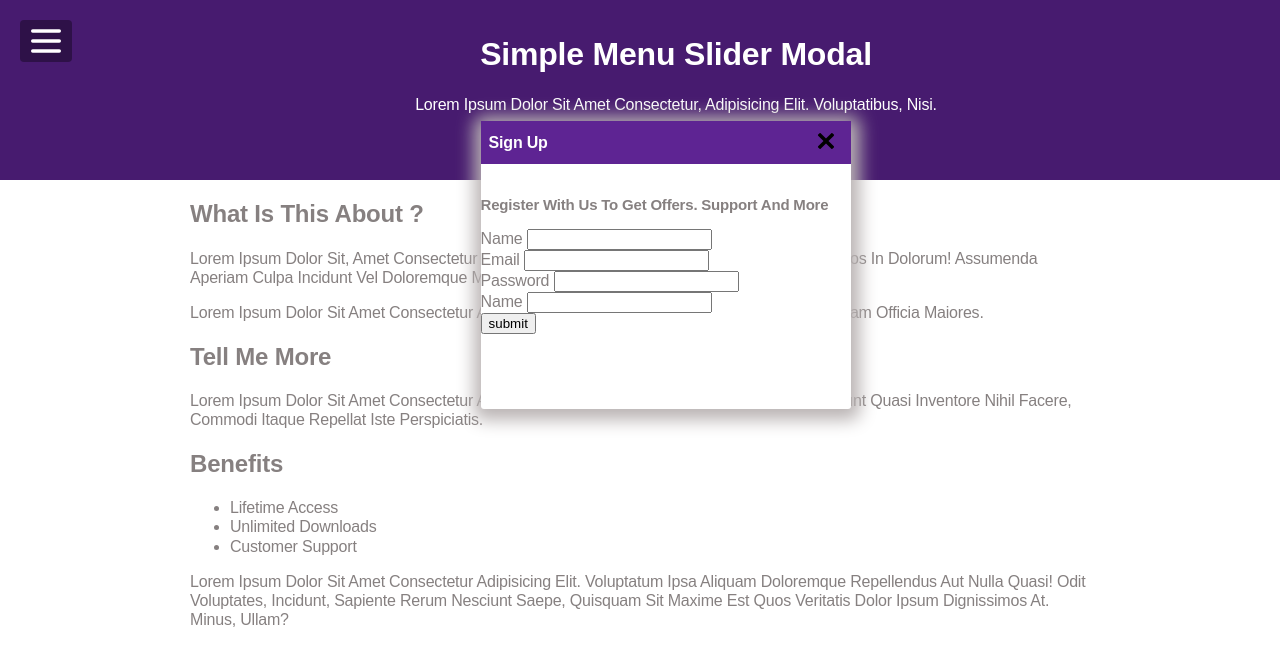
Repository: lilo750/Menu-Slider-modal
Page: index.html
An editor plug-in stored every save of this project. The page is shown before and after the next save, followed by the edit.
The browser window is 1280 px wide. The pictures show the whole page.

Above is the page before, as saved 2024-01-15 07:46:21.

After the next save:
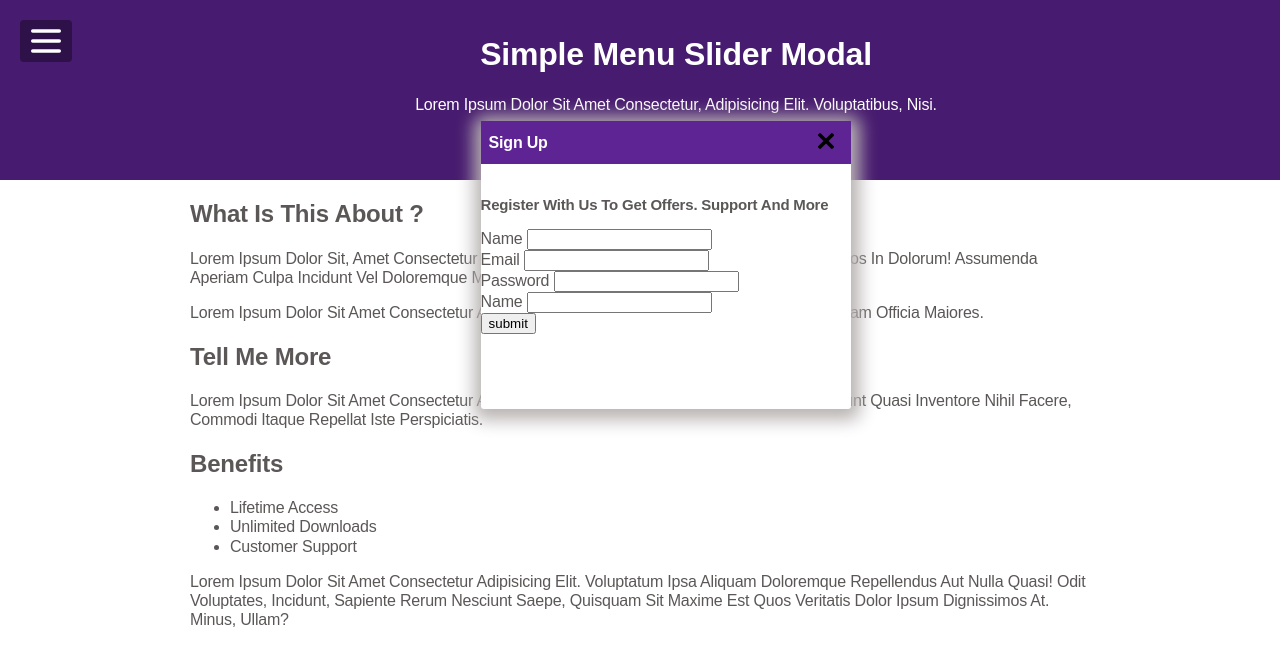
Saved 7 s later.
--- a/assets/style.css
+++ b/assets/style.css
@@ -1,7 +1,7 @@
 html {
     font-family: sans-serif;
     letter-spacing: -0.2px;
-    color: #868080;
+    color: #5b5757;
 }
 
 body {
